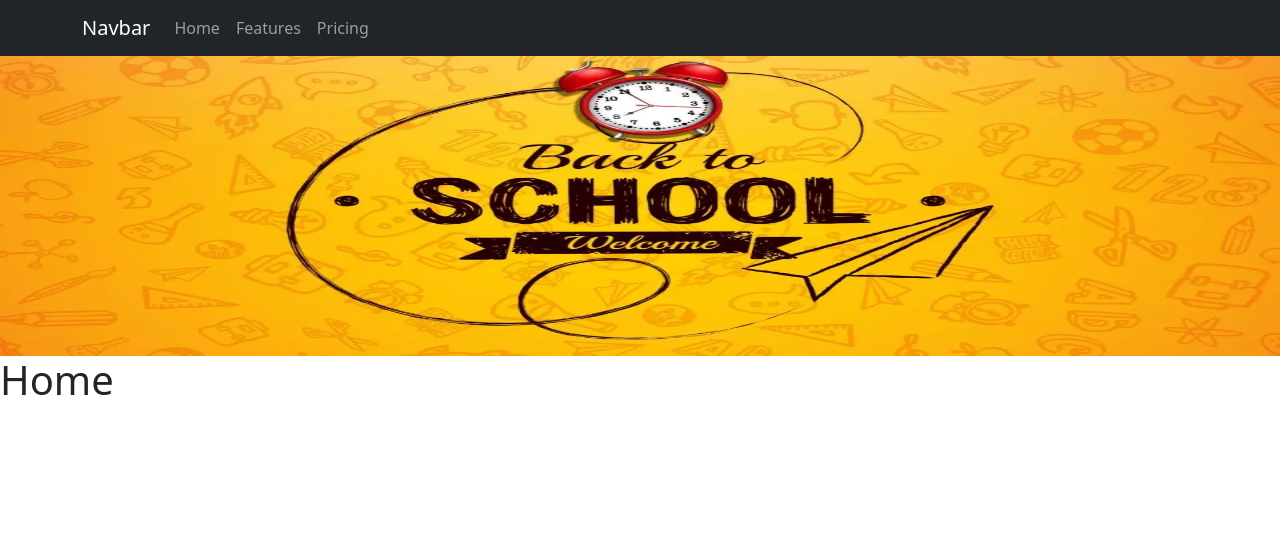
Repository: ankitgujre01/React-day-12
Page: / (app in crud/)
These files come from the project's save history. The page is drawn as it stood at one moment and after the next save; the edit follows.
The browser window is 1280 px wide. The pictures show the whole page.
The project was rebuilt for these pictures with package versions that can differ from the ones it lists, and the page was loaded fresh each time. Also part of the build but not shown: crud/vite.config.js, crud/src/css/style.css.

Above is the page before, as saved 2025-04-11 23:08:28.

### crud/src/main.jsx
import { StrictMode } from 'react'
import { createRoot } from 'react-dom/client'
// import './index.css'
import App from './App.jsx'
import './css/style.css'
import 'bootstrap/dist/css/bootstrap.min.css';

createRoot(document.getElementById('root')).render(
  <StrictMode>
    <App />
  </StrictMode>,
)

### crud/src/App.jsx
import {BrowserRouter, Routes, Route} from 'react-router-dom';
import Layout from './Layout';
import Home from './pages/Home';
const App = () => {
  return (
    <>
      <BrowserRouter>
        <Routes>
          <Route path="/" element={<Layout />}>
            <Route index element={<Home />} />

          </Route>
        </Routes>
      </BrowserRouter>
    </>
  )
}

export default App;

### crud/src/Layout.jsx
import { Outlet } from "react-router-dom";
import TopNav from "./components/TopNav";
import TopBanner from "./components/TopBanner";
const Layout = () => {
  return (
      <>
          <TopNav />
          <TopBanner/>
          <Outlet/>
      </>
  )
}

export default Layout;

### crud/src/pages/Home.jsx
import React from 'react'

const Home = () => {
  return (
      <>
        <h1>Home</h1>
      </>
  )
}

export default Home;

### crud/src/components/TopNav.jsx
import Container from 'react-bootstrap/Container';
import Nav from 'react-bootstrap/Nav';
import Navbar from 'react-bootstrap/Navbar';

const TopNav = () => {
  return (
      <>
        <Navbar bg="dark" data-bs-theme="dark">
        <Container>
          <Navbar.Brand href="#home">Navbar</Navbar.Brand>
          <Nav className="me-auto">
            <Nav.Link href="#home">Home</Nav.Link>
            <Nav.Link href="#features">Features</Nav.Link>
            <Nav.Link href="#pricing">Pricing</Nav.Link>
          </Nav>
        </Container>
      </Navbar>
      </>
  )
}

export default TopNav;

### crud/src/components/TopBanner.jsx
import myimg from '../images/banner.webp';

const TopBanner = () => {
  return (
      <>
          <div>
              <img src={myimg} alt="Banner" width='100%' height="300px"/>
              </div>
      </>
  )
}

export default TopBanner;

Loaded but not shown: crud/index.html (common file)

After the next save:
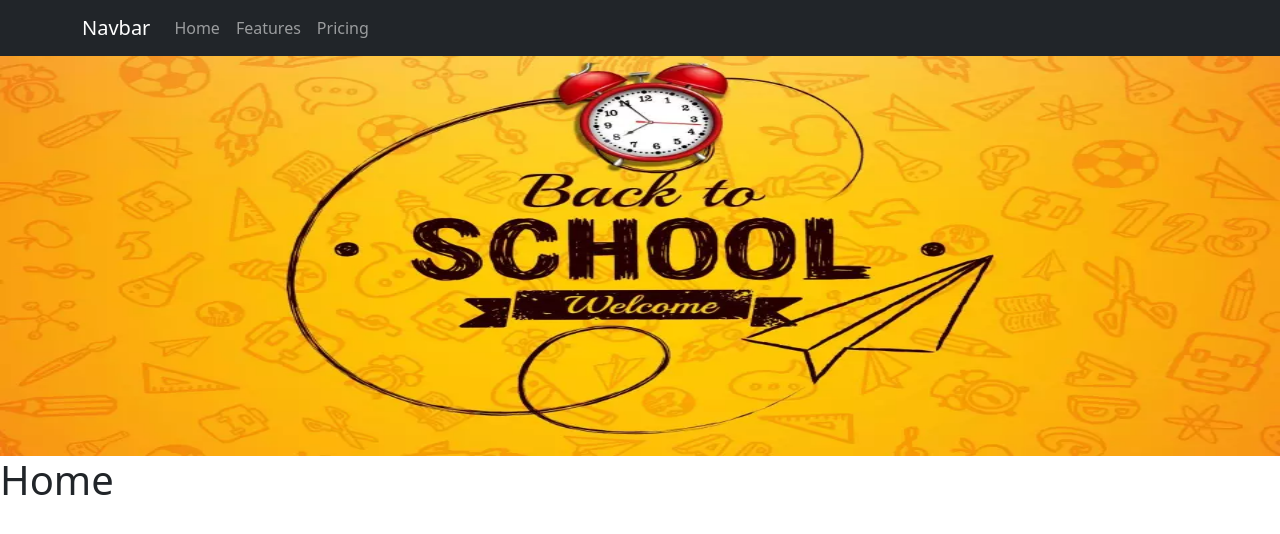
Saved 10 s later.
--- a/crud/src/components/TopBanner.jsx
+++ b/crud/src/components/TopBanner.jsx
@@ -4,7 +4,7 @@ const TopBanner = () => {
   return (
       <>
           <div>
-              <img src={myimg} alt="Banner" width='100%' height="300px"/>
+              <img src={myimg} alt="Banner" width='100%' height="400px"/>
               </div>
       </>
   )
